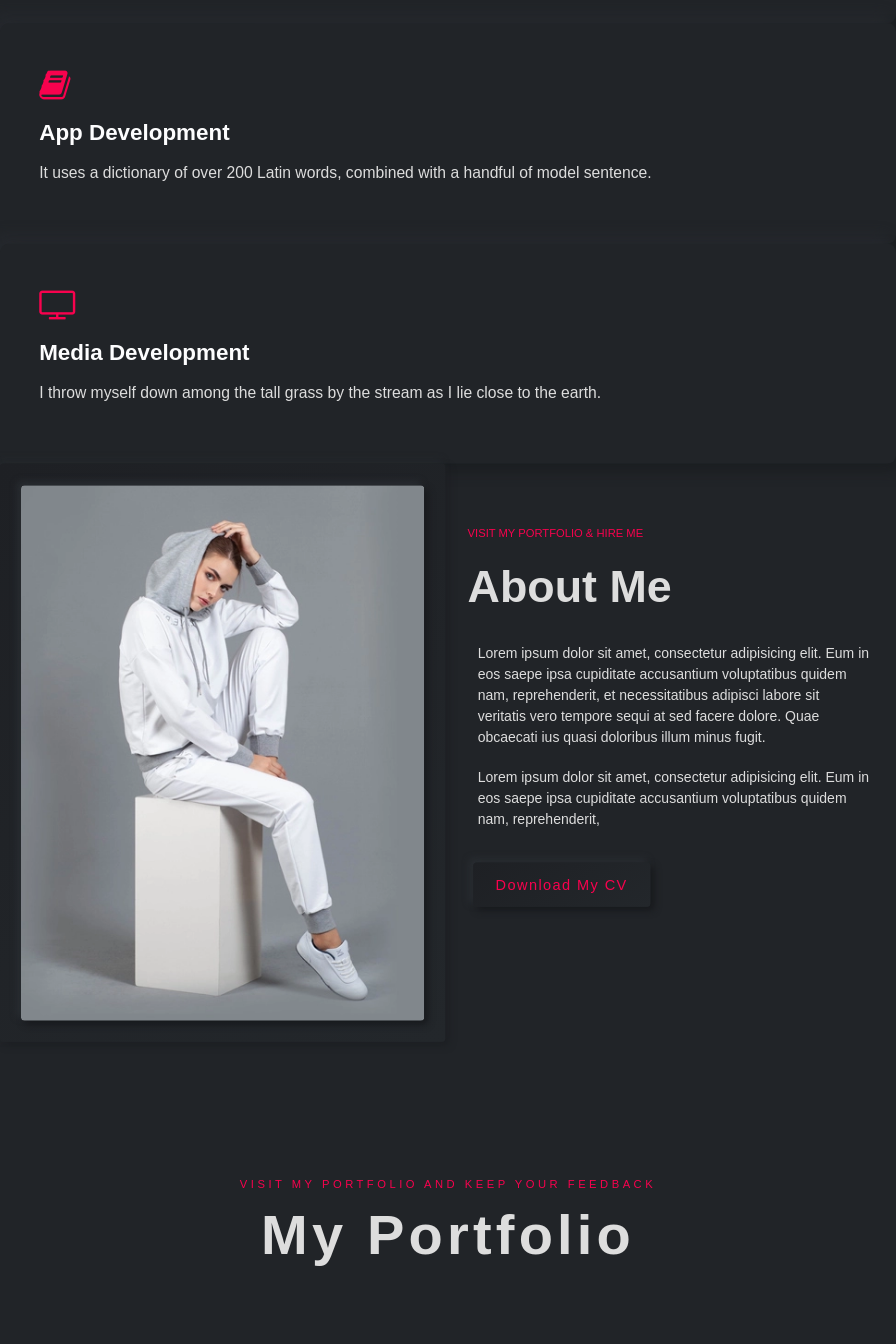
Repository: arminprogramme/inbio
Page: /
An editor plug-in stored every save of this project. The page is shown before and after the next save, followed by the edit.
The browser window is 1280 px wide. The pictures show the part of the page from y = 1246 to 3166 px (the page is 3166 px tall before and 3022 px after), at 70% of full size.
Some web libraries are served in a nearby version. The project was rebuilt for these pictures with package versions that can differ from the ones it lists, and the page was loaded fresh each time. Also part of the build but not shown: vite.config.js.

Above is the page before, as saved 2023-10-20 05:16:11.

After the next save:
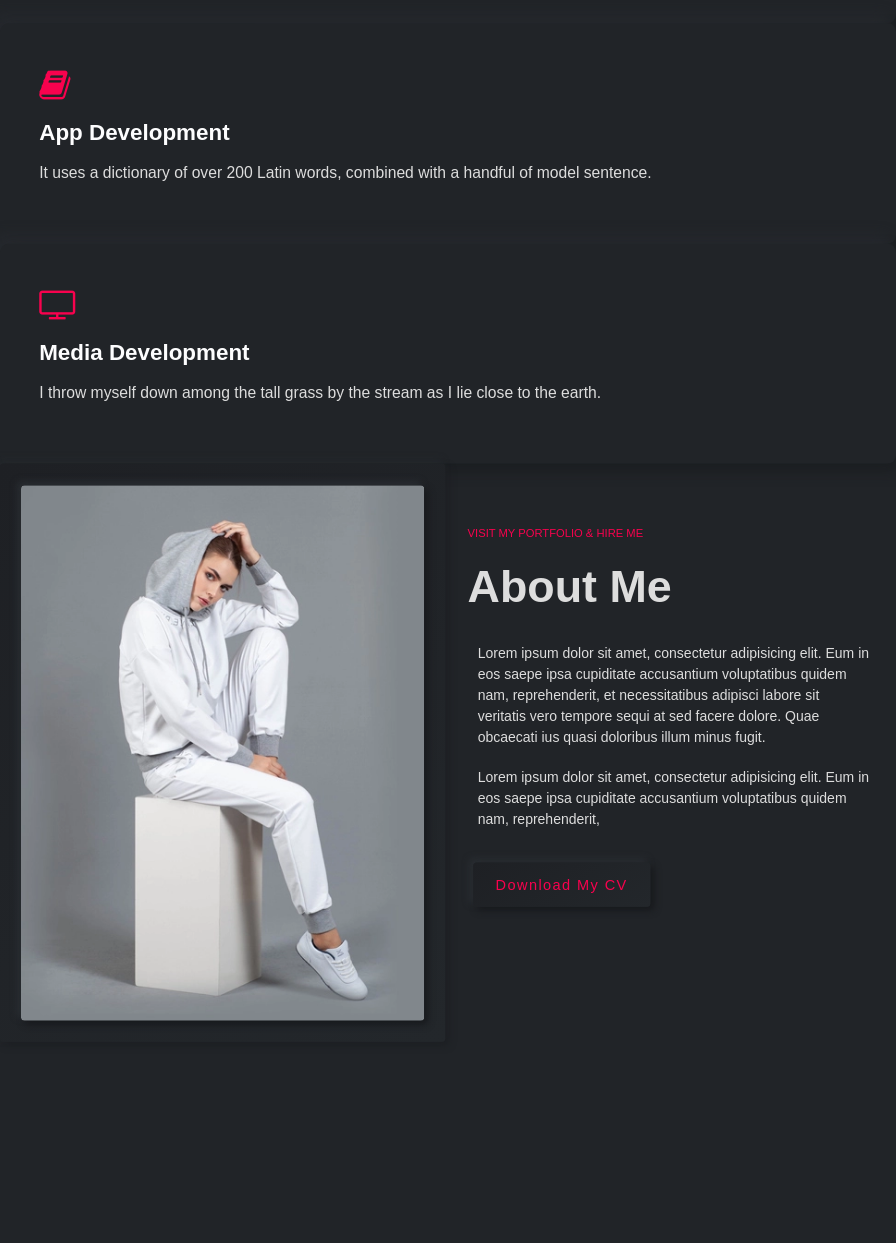
Saved 46 s later.
--- a/src/Component/Body/Body.jsx
+++ b/src/Component/Body/Body.jsx
@@ -15,7 +15,7 @@ class Body extends Component {
                 <div className="girl-bg">
                 </div>
                 <div className="limit-width">
-                    <PortFolio />
+
                 </div>
             </div>
             </>
